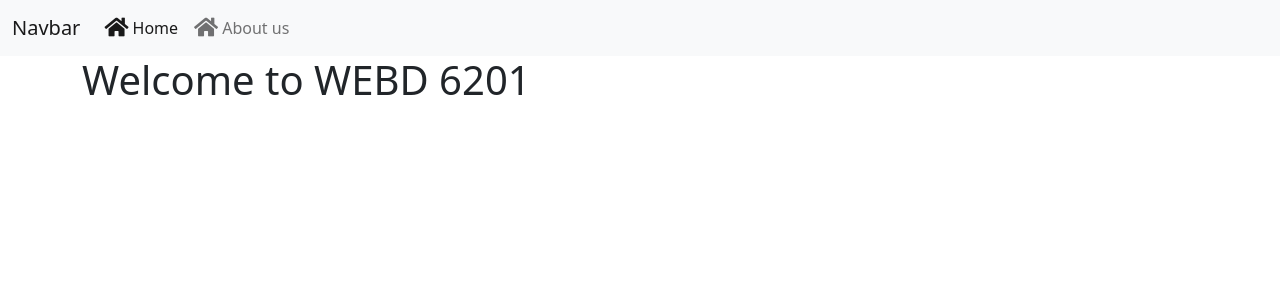
Repository: Hasib001/WEBD6201---W2021---ICE-1
Page: index.html
An editor plug-in stored every save of this project. The page is shown before and after the next save, followed by the edit.
The browser window is 1280 px wide. The pictures show the whole page.

Above is the page before, as saved 2021-01-22 21:44:51.

After the next save:
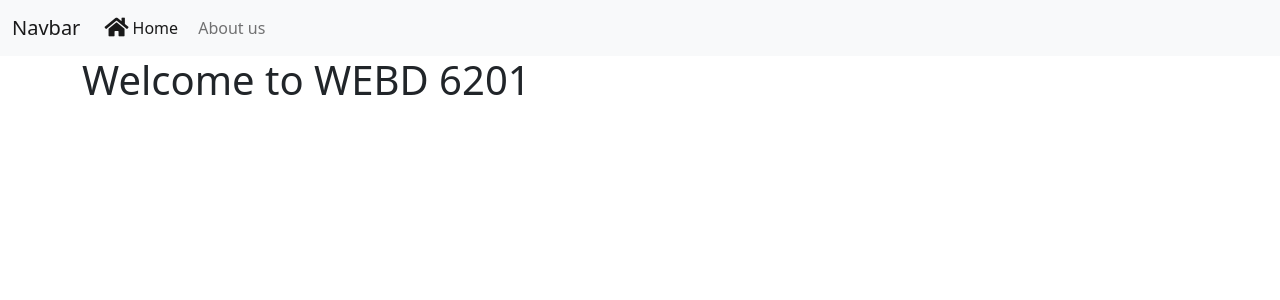
Saved 24 s later.
--- a/index.html
+++ b/index.html
@@ -25,7 +25,7 @@
                   </li>
 
                   <li class="nav-item">
-                    <a class="nav-link" aria-current="page" href="#"><i class="fas fa-home fa-lg"></i> About us</a>
+                    <a class="nav-link" aria-current="page" href="#"><i class="fas fa-about fa-lg"></i> About us</a>
                   </li>
 
 
